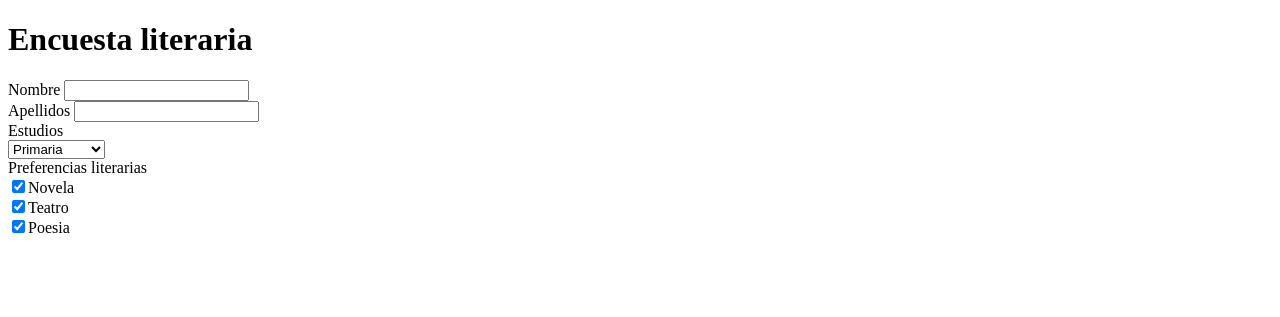
Repository: luigitinez/javaEE
Page: Encuesta/WebContent/index.html
The author's editor kept a copy of each file at every save. The page is drawn from the files as they stood at one save, then again after the next save.
The browser window is 1280 px wide. The pictures show the whole page.

Above is the page before, as saved 2017-02-16 17:50:28.

After the next save:
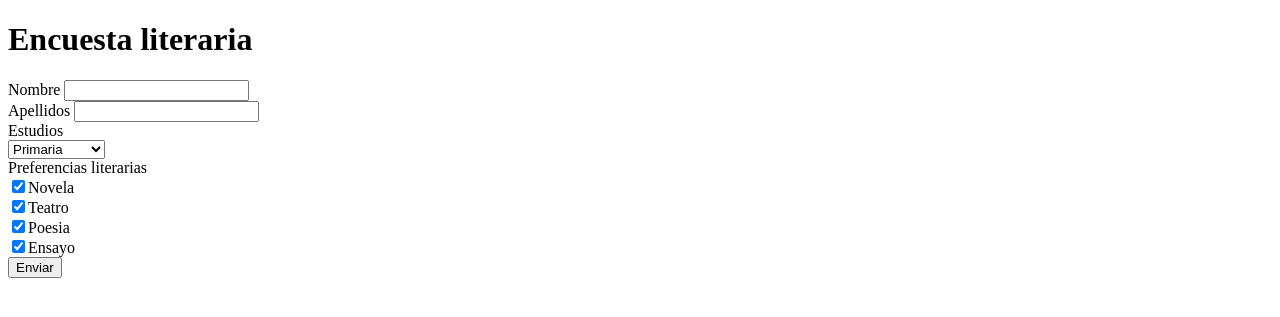
Saved 106 s later.
--- a/Encuesta/WebContent/index.html
+++ b/Encuesta/WebContent/index.html
@@ -21,6 +21,9 @@ Preferencias literarias<br>
 <input type="checkbox" name="preferencias" value="novela" checked>Novela<br>
 <input type="checkbox" name="preferencias" value="teatro" checked>Teatro<br>
 <input type="checkbox" name="preferencias" value="poesia" checked>Poesia<br>
+<input type="checkbox" name="preferencias" value="ensayo" checked>Ensayo<br>
+
+<input type="submit" value="Enviar">
 
 
 
